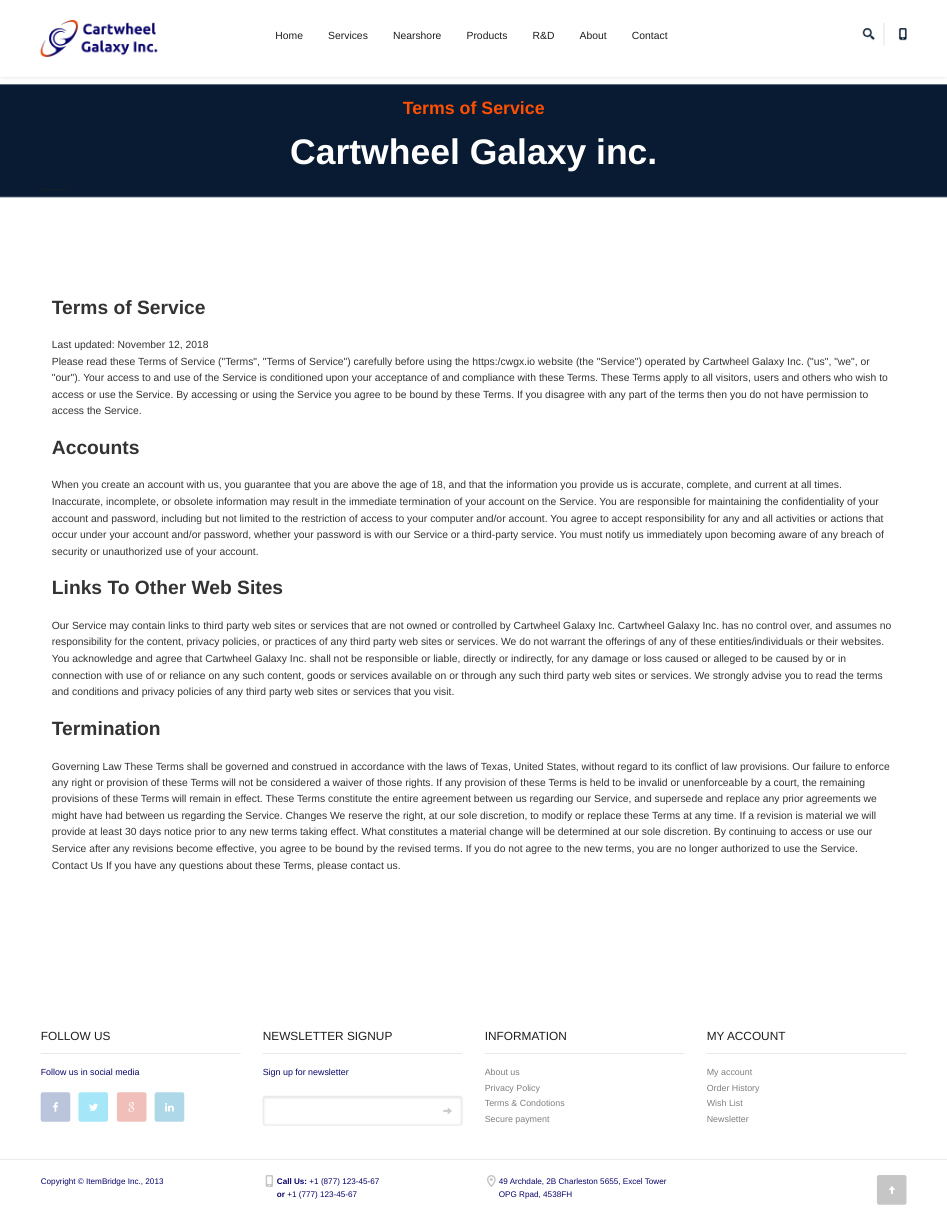
Repository: g-tecio/cwgx.io
Page: terms.html
The author's editor kept a record of every edit. The page is drawn from the files as they stood at one moment, then again after the next edit.
The browser window is 1280 px wide. The pictures show the whole page, at 74% of full size.

Above is the page before.

After the next edit:
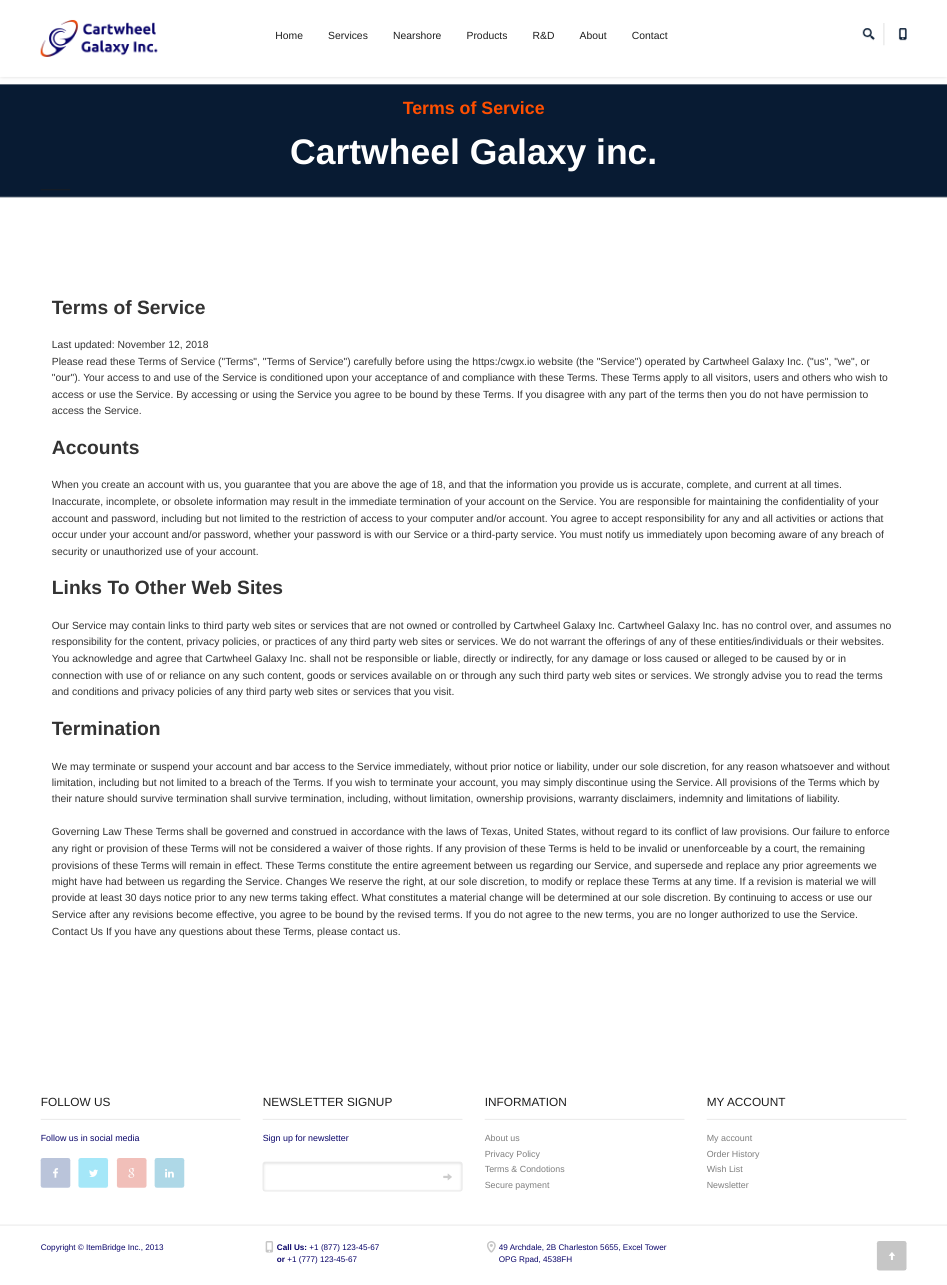
The edit:
--- a/terms.html
+++ b/terms.html
@@ -193,8 +193,11 @@
 We strongly advise you to read the terms and conditions and privacy policies of any third party web sites or services that you visit.
 </p>
 <h4>Termination</h4>
-<p>
-<h4></h4>
+
+<p>
+    We may terminate or suspend your account and bar access to the Service immediately, without prior notice or liability, under our sole discretion, for any reason whatsoever and without limitation, including but not limited to a breach of the Terms.
+If you wish to terminate your account, you may simply discontinue using the Service.
+All provisions of the Terms which by their nature should survive termination shall survive termination, including, without limitation, ownership provisions, warranty disclaimers, indemnity and limitations of liability.
 </p>
 <p>
 
